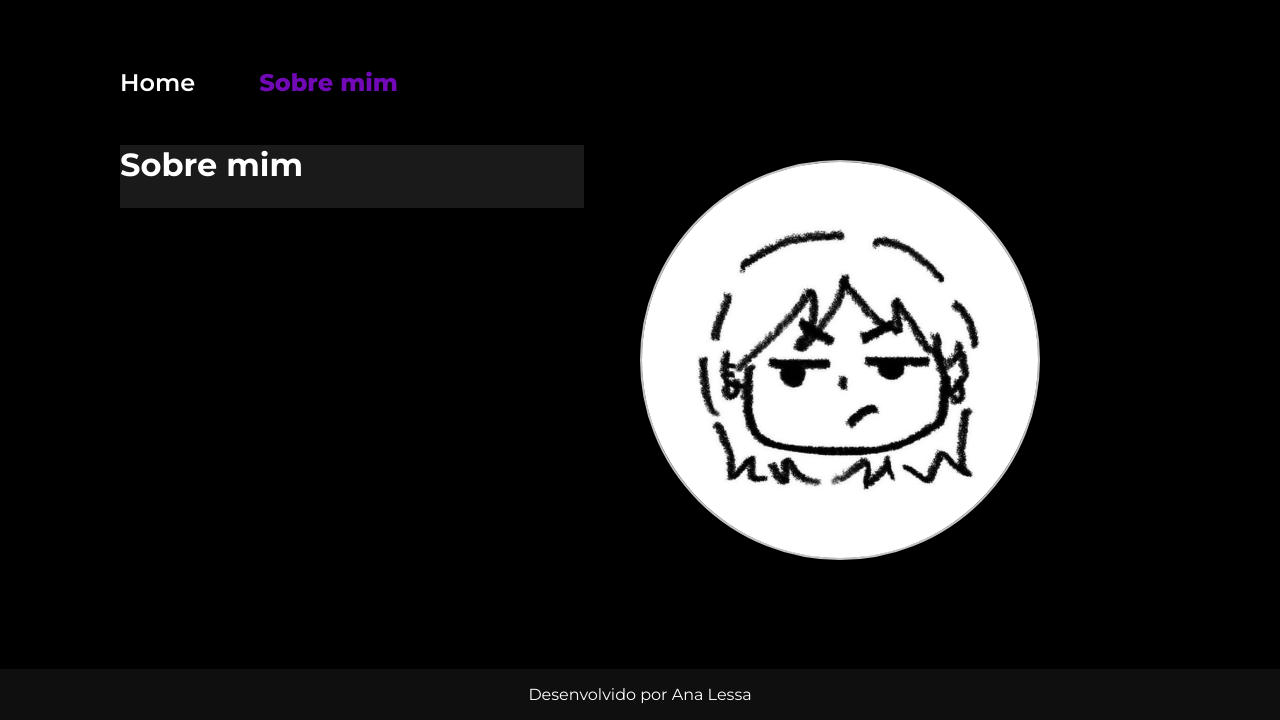
Repository: analessp/portfolio-developer
Page: about-me.html
The author's editor kept a copy of each file at every save. The page is drawn from the files as they stood at one save, then again after the next save.
The browser window is 1280 px wide. The pictures show the whole page.

Above is the page before, as saved 2025-04-24 11:55:28.

### about-me.html
<!DOCTYPE html>
<html lang="pt-BR">
<head>
    <meta charset="UTF-8">
    <meta name="viewport" content="width=device-width, initial-scale=1.0">
    <title>Sobre mim</title>
    <link rel="stylesheet" href="/style/style.css"
</head>
<body>
    <header>
        <nav>
            <ul class="navbar-list">
                <li>
                    <a href="index.html" class="page">Home</a>
                </li>
                <li>
                    <a href="about-me.html" class="page active">Sobre mim</a>
                </li>
            </ul>
        </nav>
    </header>
    <main>
        <div class="about-me">
            <h1>Sobre mim</h1>
            <p></p>
        </div>
        <img src="/assets/avatar.jfif" alt="Avatar de Ana Lessa" class="logo">
    </main>
    <footer>Desenvolvido por Ana Lessa</footer>
</body>
</html>

### style/style.css
@import url('https://fonts.googleapis.com/css2?family=Montserrat:ital,wght@0,100..900;1,100..900&display=swap');
@import url(/style/about-me.css);

* {
    margin: 0;
    padding: 0;
    box-sizing: border-box;
    font-family: "Montserrat", sans-serif;
}

html, body {
    height: 100%;
    margin: 0;
}

body {
    height: 100vh;
    width: 100%;
    background-color: black;
    color: white;
    display: flex;
    flex-direction: column;
    justify-content: space-between;
}

.navbar-list {
    padding-left: 120px;
    padding-top: 68px;
    display: flex;
    gap: 4rem;
    list-style-type: none;
    color: #7209b7;
    font-weight: 700;
    font-size: 1.5rem;
    margin-bottom: 3rem;
}

.page {
    text-decoration: none;
    color: white;
    font-weight: 600;
}

.active {
    font-weight: 800;
    color: #7209b7;
}

main {
    padding-left: 120px;
    display: flex;
    gap: 10rem;
    align-items: center;
}

.introduce {
    display: flex;
    flex-direction: column;
    gap: 1.5rem;
    width: 40%;
}

.introduce p {
    text-align: justify;
}

.title {
    text-align: center;
}

.title h1 {
    font-size: 3rem;
}

.title h2 {
    font-size: 1.5rem;
    color: #7209b7;
}

.social-links {
    list-style-type: none;
    display: flex;
    flex-direction: column;
    gap: 1.5rem;
    align-items: center;
}

.social-links li {
    border: 2px solid #c3c3c3;
    background-color: rgba(128, 128, 128, 0.454);
    padding: 1rem 0 1rem 0;
    width: 70%;
    text-align: center;
    border-radius: 12px;

&:hover {
    border: 2px solid rgba(128, 128, 128, 0.454);
    background-color: #7209b7;
    transition-duration: 400ms;
    transform: scale(1.1);
  }
}

.social-links a {
    text-decoration: none;
    color: white;
    font-weight: bold;
}

.logo {
    width: 25rem;
    border-radius: 50%;
    border: 2px solid #c3c3c3;
    height: fit-content;
    position: fixed;
    right: 15rem;
    top: 10rem;
}

footer {
    margin-top: auto;
    padding: 1rem 0 1rem 0;
    background-color: rgb(15, 15, 16);
    display: flex;
    flex-direction: column;
    align-items: center;
    gap: 1rem;
    flex-shrink: 0;
}

footer ul {
    display: flex;
    gap: 2rem;
    list-style: none;
    margin-bottom: 1rem;
}

footer a {
    text-decoration: none;
    color: white;
    font-weight: 600;
}

@media only screen and (max-width: 768px) {

    body {
        justify-content: center;
    }

    .navbar-list {
        justify-content: center;
        padding-left: 0;
        padding-top: 40px;
        margin-bottom: 0;
    }

    main {
        height: 100vh;
        margin-top: 0;
        flex-direction: column-reverse;
        padding-left: 0;
        gap: 1rem;
    }

    .introduce {
        justify-content: flex-end;
        width: 80%;
        margin-bottom: 8rem;
    }

    .logo {
        top: 6.5rem;
        width: 18rem;
    }

}

@media only screen and (max-width: 426px) {
    .logo {
        right: 16%;
    }

    .introduce {
        margin-bottom: 3rem;
    }

    .title h1 {
        font-size: 2.5rem;
        margin-bottom: 0.5rem;
    }
}

### style/about-me.css
.about-me {
    background-color: rgba(255, 255, 255, 0.1);
    display: flex;
    flex-direction: column;
    gap: 1.5rem;
    width: 40%;
    text-align: justify;
    pa
}

After the next save:
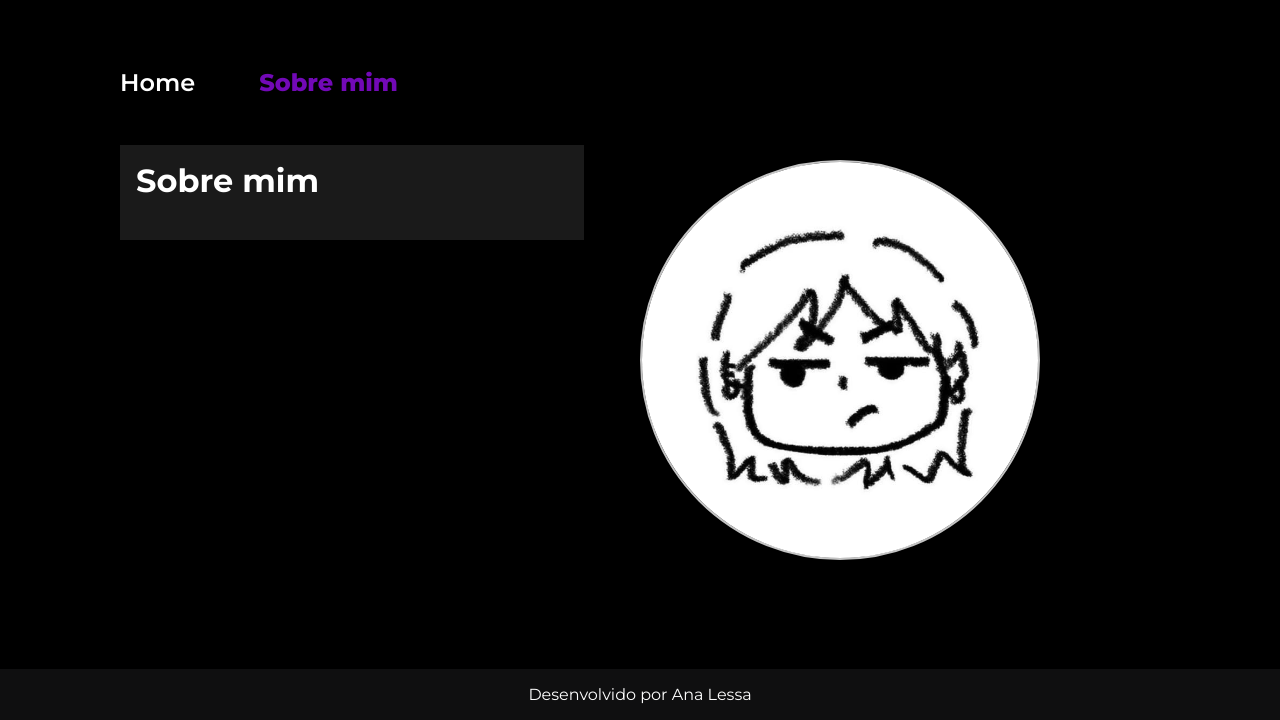
Saved 4 s later.
--- a/style/about-me.css
+++ b/style/about-me.css
@@ -5,5 +5,5 @@
     gap: 1.5rem;
     width: 40%;
     text-align: justify;
-    pa
+    padding: 1rem;
 }
